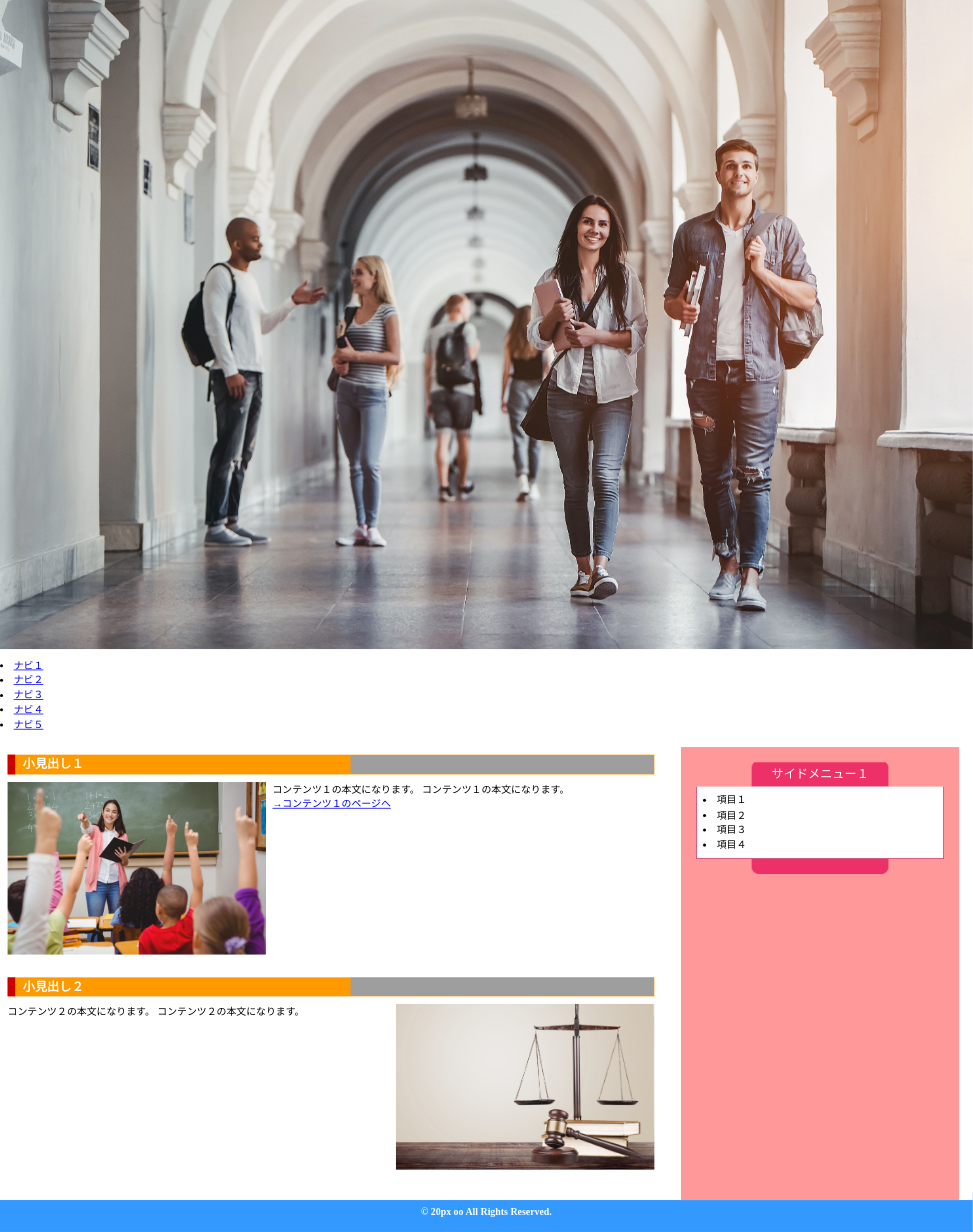
Repository: masami-a/samurai_HTML-CSS
Page: home.html
The author's editor kept a record of every edit. The page is drawn from the files as they stood at one moment, then again after the next edit.
The browser window is 1280 px wide. The pictures show the whole page, at 76% of full size.
Pictures or frames that could not be fetched are drawn as grey boxes.

Above is the page before.

### home.html
<!DOCTYPE html>
<html lang="ja">
<head>
    <meta charset="UTF-8">
    <title>HTMLCSSの学習</title>
    <link rel="stylesheet"href="stylesheet.css">
</head>
<body>
    <div id="header">
        <h1><a href="index.html"><img id="corridor" src="images/corridor.jpg" alt="大学の廊下"/> </a></h1>
    </div>
    <div id="wrapper">
        <div id="nav">
            <u1>
                <li><a href="home.html">ナビ１</a></li>
                <li><a href="#">ナビ２</a></li>
                <li><a href="#">ナビ３</a></li>
                <li><a href="#">ナビ４</a></li>
                <li><a href="#">ナビ５</a></li>
            </u1>
        </div>
         <div id="container">
             <div id="main">
                 <div class="post clearfix">
                     <h2>小見出し１</h2>
                     <img class="left" src="images/classroom.jpg" alt="授業風景"/>
                     <p>
                         コンテンツ１の本文になります。
                         コンテンツ１の本文になります。
                     </p>
                     <p><a href="#">→コンテンツ１のページへ</a></p>
                 </div>
                 <div class="post clearfix">
                     <h2>小見出し２</h2>
                     <img class="right" src="images/scale.jpg" alt="天秤"/>
                     <p>
                         コンテンツ２の本文になります。
                         コンテンツ２の本文になります。
                     </p>
                 </div>
             </div>
             <div id="side">
                 <div class="box">
                     <h2>サイドメニュー１</h2>
                     <div class="boxBody">
                         <u1>
                             <li>項目１</li>
                             <li>項目２</li>
                             <li>項目３</li>
                             <li>項目４</li>
                         </u1>
                     </div>
                 </div>
             </div>
         </div>
    </div>
    <div id="footer">
        <p>&copy; 20px oo All Rights Reserved.</p>
    </div>
</body>
</html>

### stylesheet.css
@charset"utf-8";

body{
    margin:0;
    padding:0;
    font-family:"ヒラギノ角ゴ pro W3;","Hiragino kaku Gothic Pro","メイリオ"
    color:#333;
    font-size:13px;
    line-height:150%;
}

/*------------wrapper----------*/
#wrapper{
    width: 100%;
    margin: auto;
    padding:0px;
    border:0px;
    background-color: #FFF;
 top: 10px;
 position: relative;
}

/*----------header---------*/
#header{
    width: 100%;
}
#header h1{
    margin: 0;
    padding: 0;
}

#corridor{
    width: 100%;
    height: auto;
}

/*----------footer--------*/
#footer{
    clear:both;
    width: 100%;
    padding: 3px 0 3px 0;
    background: #39F;
    color: #FFF;
    font-weight: bold;
    text-align: center;
}
/*----------nav----------*/
#nav{
    width: 100%;
}
#nav ul{
    display: flex;
    margin: 0;
    padding: 0;
    list-style-type: none;
}
#nav ul li{
    width: 20%;
    text-align: center;
}
#nav ul li a{
    display: block;
    height: 20px;
    margin: 0;
    padding: 10px;
    color: #FFF;
    font-size: 20px;
    text-decoration: none;
    background-color: green;
    border-left: 1px solid white;
}

#nav ul li a:hover{
    filter:drop-shadow(10px 10px 10px black);
}

/*----------container----------*/
#container{
    width: 100%;
    margin: auto;
    padding: auto;
    padding-top: 20px;
    clear: both;
    display:grid;
    grid-template-columns:70vw 30vw;
}
/*----------main----------*/
#main{
    width: 95%;
    padding: 10px 30px 10px 10px;
}
#main h2{
    margin: 0 0 10px 0;
    padding: 3px 10px 3px 10px;
    color: #FFF;
    font-size: 16px;
    border-left:solid 10px #C00;
    background:#F90 url(../images/main_h2.jpg)right top repeat-y;
}
#main p{
    margin: 0;
    padding: 0;
}
#main .post{
    margin: 0 0 30px 0;
}

#main .post img.right{
    margin: 0 0 0 8px;
}
#main .post img.left{
    margin: 0 8px 0 0;
}

.right{
    float: right;
    width: 40%;
    height: auto;
}
.left{
    float: left;
    width: 40%;
    height: auto;
}

/*----------clearfix----------*/
.clearfix{
    zoom: 1;
}
.clearfix:after{
    content: "";
    display: block;
    clear: both;
}

/*----------side----------*/
#side{
    width: 85%;
    padding: 20px;
    background-color: #F99;
}
#side .box{
    margin: 0 auto 30px auto;
    padding: 0 0 20px 0;
    background: url(images/side_box.png)bottom no-repeat;
}
#side .box h2{
    margin: 0;
    padding: 8px;
    text-align: center;
    color: #fff;
    font-size: 16px;
    line-height: 16px;
    font-weight: normal;
    background: url(images/side_box_h2.png)center no-repeat;
}
#side .box .boxBody {
 	 padding: 8px;
 	 border-right: solid 1px #C36;
 	 border-bottom: solid 1px #C36;
 	 border-left: solid 1px #C36;
 	 background: #fff;
 }
 #side .box .boxBody ul {
 	 margin: 0 0 16px 0;
 	 padding: 0;
 }
 #side .box .boxBody ul li {
 	 padding: 8px 0 8px 4px;
 	 list-style: none;
 	 border-bottom: solid 1px #C36;
 }

 #side .box .boxBody ul li:hover{
     padding: 8px 0 8px 4px;
     list-style: none;
     border-bottom: solid 1px #C36;
     box-shadow: 0px 4px 4px rgba(0,0,0,0.3);
 }

After the next edit:
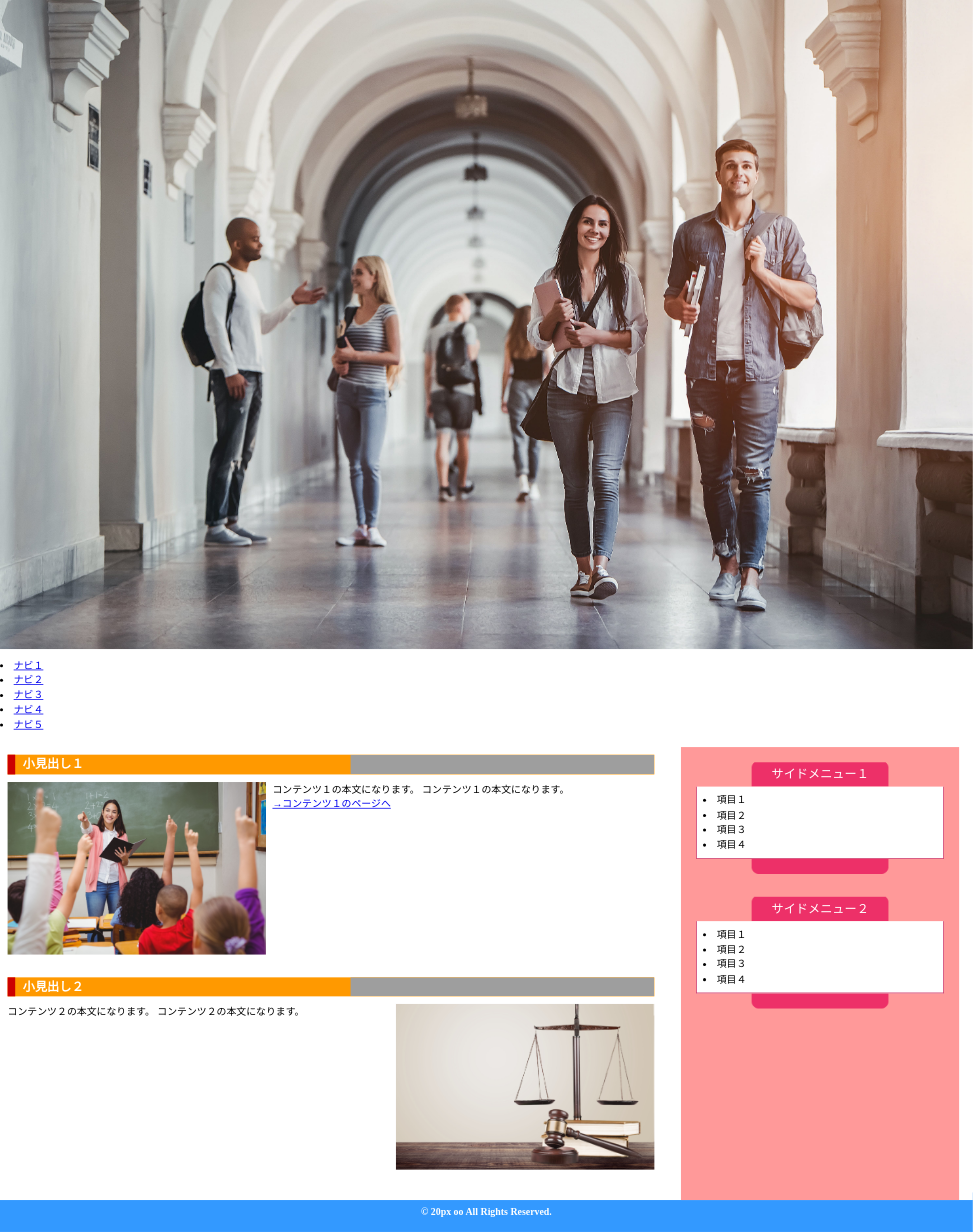
The edit:
--- a/home.html
+++ b/home.html
@@ -51,6 +51,17 @@
                          </u1>
                      </div>
                  </div>
+                 <div class="box">
+                     <h2>サイドメニュー２</h2>
+                     <div class="boxBody">
+                         <u1>
+                             <li>項目１</li>
+                             <li>項目２</li>
+                             <li>項目３</li>
+                             <li>項目４</li>
+                         </u1>
+                     </div>
+                 </div>
              </div>
          </div>
     </div>
